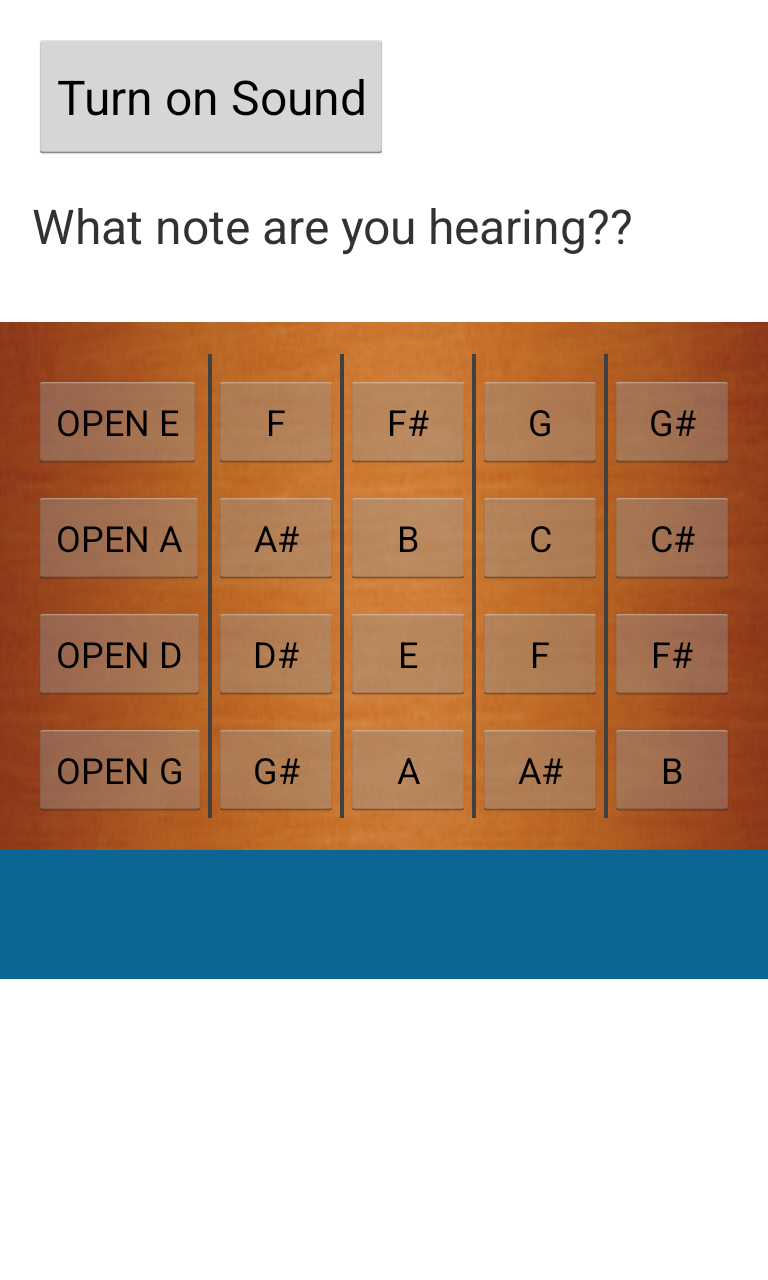
Repository: elliott-ribner/android-guitar-trainer
Layout: randomnotegenerator/res/layout/activity_main.xml
An editor plug-in stored every save of this project. The layout is shown before and after the next save, followed by the edit.
It is drawn on a 768 x 1280 px phone screen (xhdpi) without system bars, with theme AppTheme; the app's code is not run.

Above is the layout before, as saved 2014-06-09 00:42:33.

After the next save:
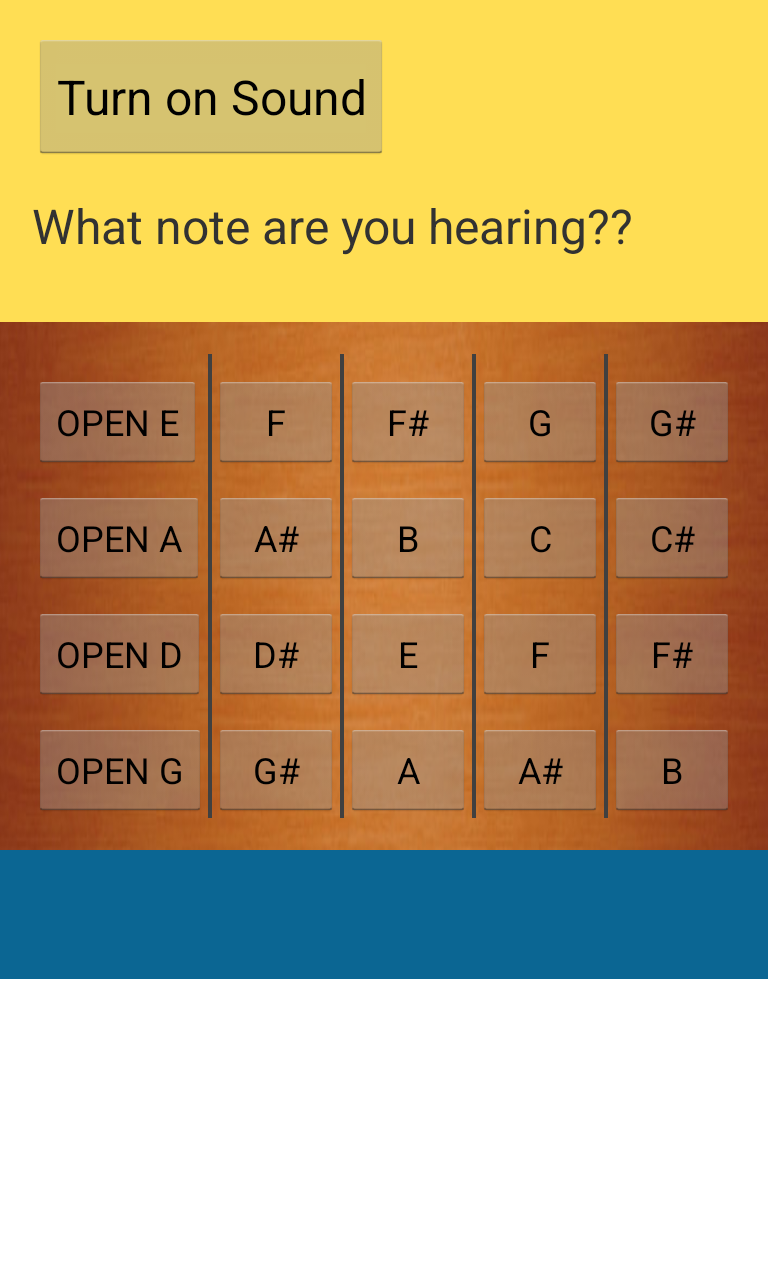
Saved 10 s later.
--- a/randomnotegenerator/res/layout/activity_main.xml
+++ b/randomnotegenerator/res/layout/activity_main.xml
@@ -9,7 +9,7 @@
     <LinearLayout
         android:layout_width="fill_parent"
         android:layout_height="wrap_content"
-        android:background="FFDE54"
+        android:background="#FFDE54"
         android:orientation="vertical"
         android:paddingBottom="@dimen/activity_vertical_margin"
         android:paddingLeft="@dimen/activity_horizontal_margin"
